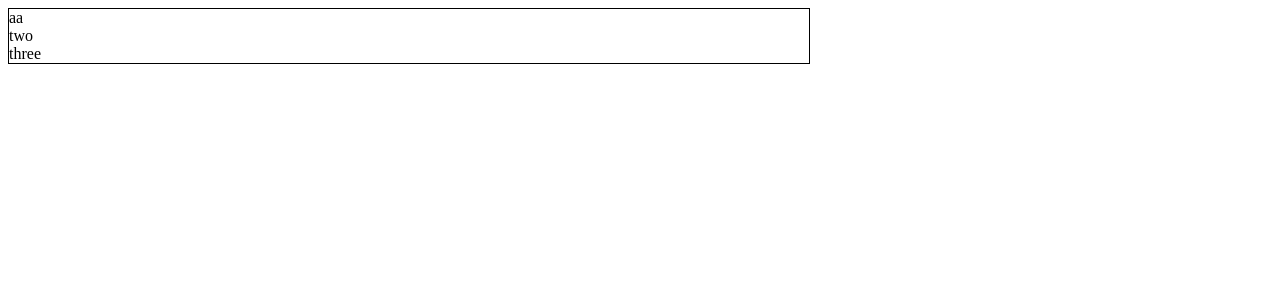
Repository: kpavankumaar/online_uk_class
Page: flex.html
The author's editor kept a copy of each file at every save. The page is drawn from the files as they stood at one save, then again after the next save.
The browser window is 1280 px wide. The pictures show the whole page.

Above is the page before, as saved 2022-01-12 13:54:07.

After the next save:
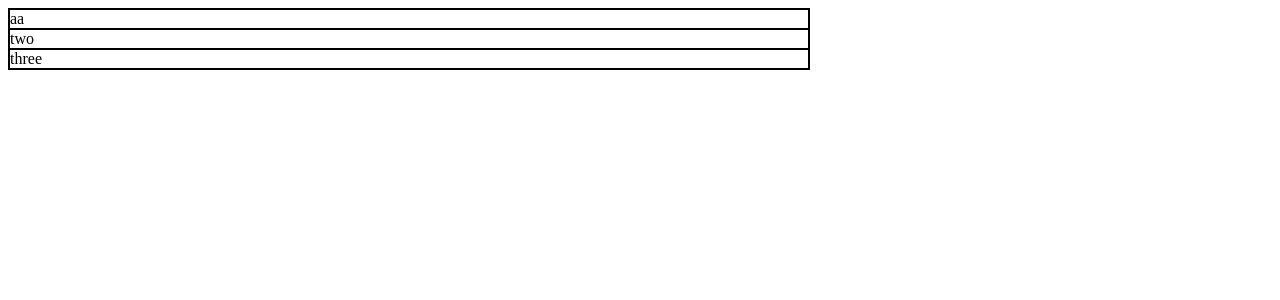
Saved 59 s later.
--- a/flex.html
+++ b/flex.html
@@ -9,6 +9,18 @@
         div.main{
             border:1px solid black;
             width:800px;
+        }
+        div.box{
+            border:1px solid black;
+        }
+        .box1{
+
+        }
+        .box2{
+
+        }
+        .box3{
+
         }
     </style>
 </head>
